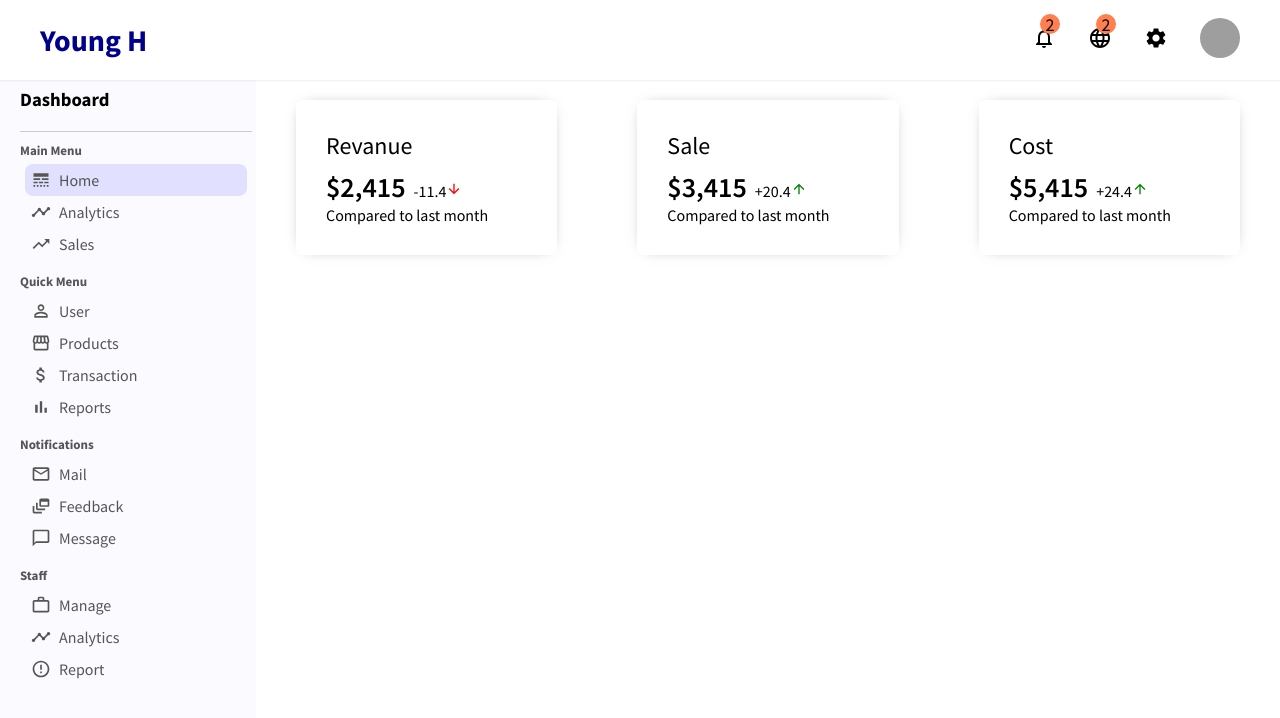
Repository: noname20011/admin
Page: /
An editor plug-in stored every save of this project. The page is shown before and after the next save, followed by the edit.
The browser window is 1280 px wide. The pictures show the whole page.
Pictures or frames that could not be fetched are drawn as grey boxes. The project was rebuilt for these pictures with package versions that can differ from the ones it lists, and the page was loaded fresh each time.

Above is the page before, as saved 2021-11-13 11:18:44.

After the next save:
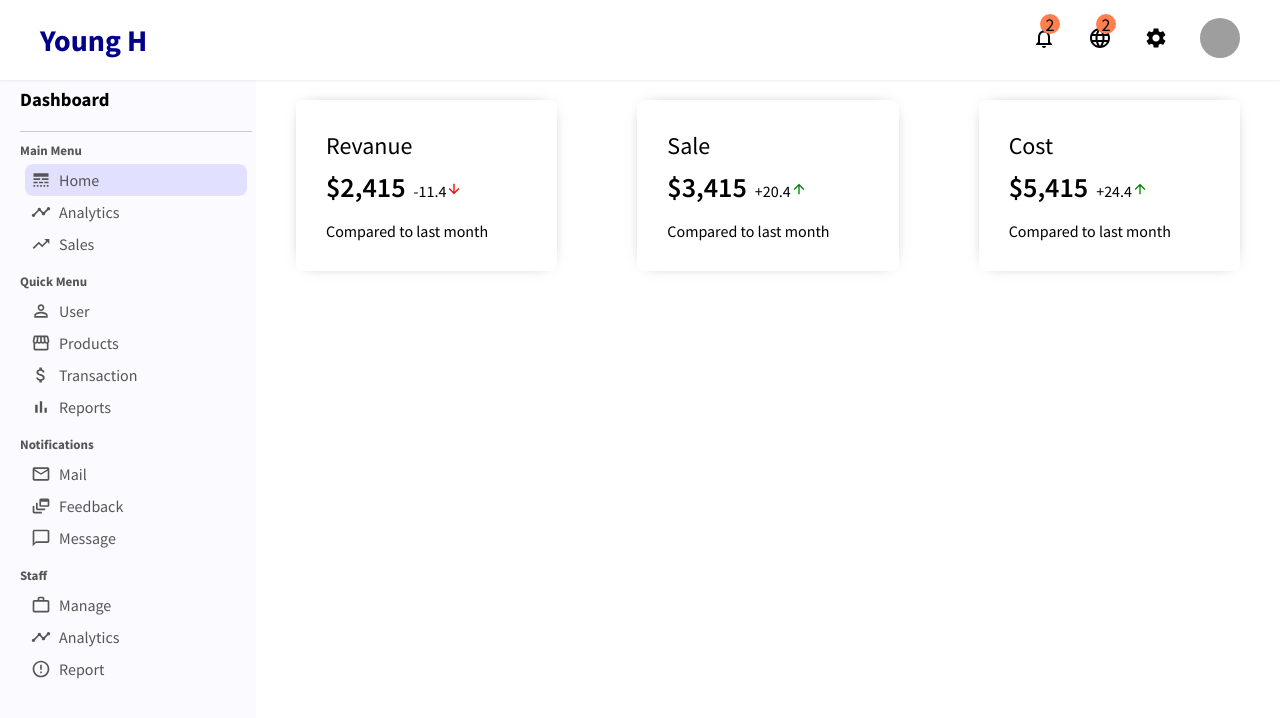
Saved 36 s later.
--- a/src/comopnents/featureInfo/feature.css
+++ b/src/comopnents/featureInfo/feature.css
@@ -20,7 +20,7 @@
 }
 
 .featuredMoneyContainer {
-    margin-top: 6px;
+    margin: 6px 0 16px;
 }
 
 .featuredMoney {
